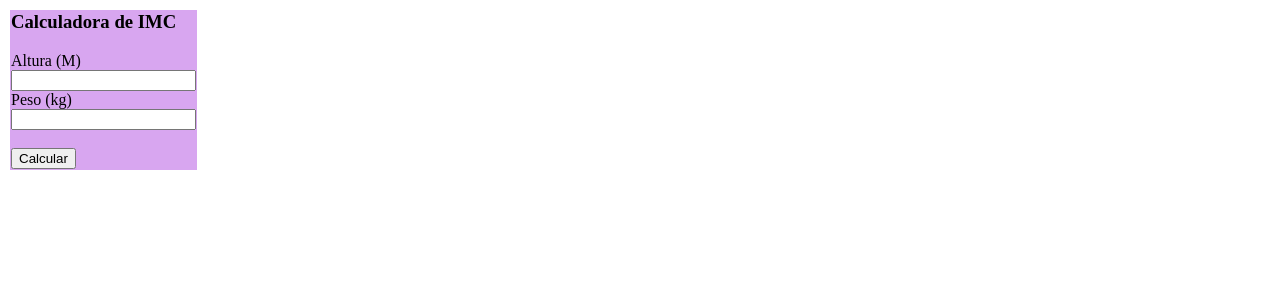
Repository: Patriciamativi/Projetos
Page: index.html
An editor plug-in stored every save of this project. The page is shown before and after a run of saves, followed by the edit.
The browser window is 1280 px wide. The pictures show the whole page.

Above is the page before, as saved 2022-11-21 16:09:54.

### index.html
<html>
    <head>
        <title>Calculadora de IMC</title>
        <meta charset="utf-8"/>
        <link rel="stylesheet" href="style.css"> <!-- AQUI VOCÊ  CRIA UMA PÁGINA CSS PARA COLOCAR ESTILO NO SE PROJETO-->
    </head>

   <borda>
<table border="0">
    <body>
            <tr> <td> <h3>Calculadora de IMC</h3>

            Altura (M)<br/>
            <input type: "number" > </br>

            Peso (kg)<br/>
            <input type: "number" > </br> </br>

            <input type= "submit" value="Calcular"> </td>
            </tr>

    </table>
</borda>
        </body>
</html>

### style.css
p {
    border: 5px groove rgb(168, 50, 247);
    border-radius: 5px;
    width: 217px;
}
td {

    background-color: rgb(216, 166, 240);
}

After the next 2 saves:
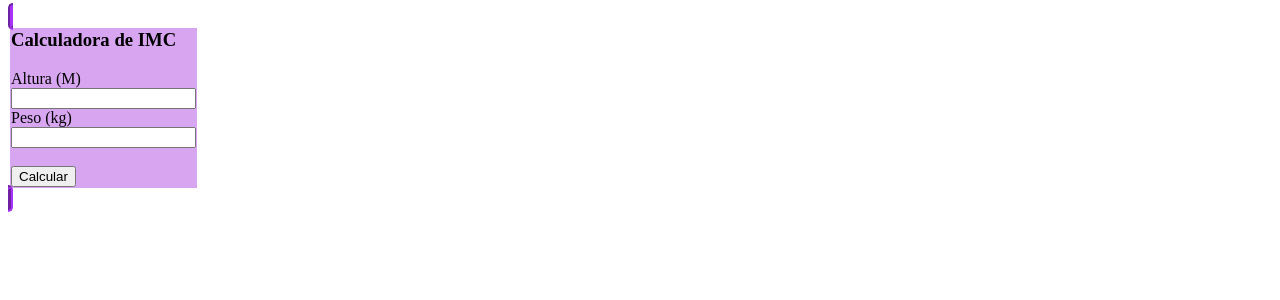
The 2 saves are shown as one change because they came seconds apart.
The last was saved 8 s later.
--- a/style.css
+++ b/style.css
@@ -1,4 +1,4 @@
-p {
+borda {
     border: 5px groove rgb(168, 50, 247);
     border-radius: 5px;
     width: 217px;

After the save that followed:
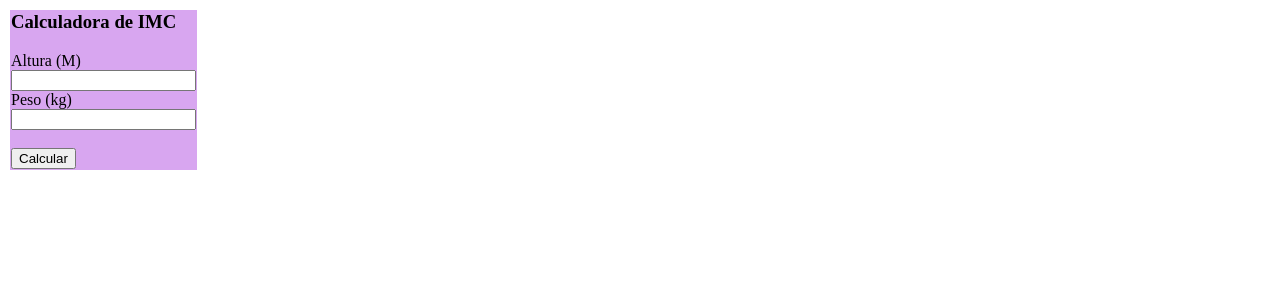
Saved 6 s later.
--- a/style.css
+++ b/style.css
@@ -1,4 +1,4 @@
-borda {
+borda. {
     border: 5px groove rgb(168, 50, 247);
     border-radius: 5px;
     width: 217px;
